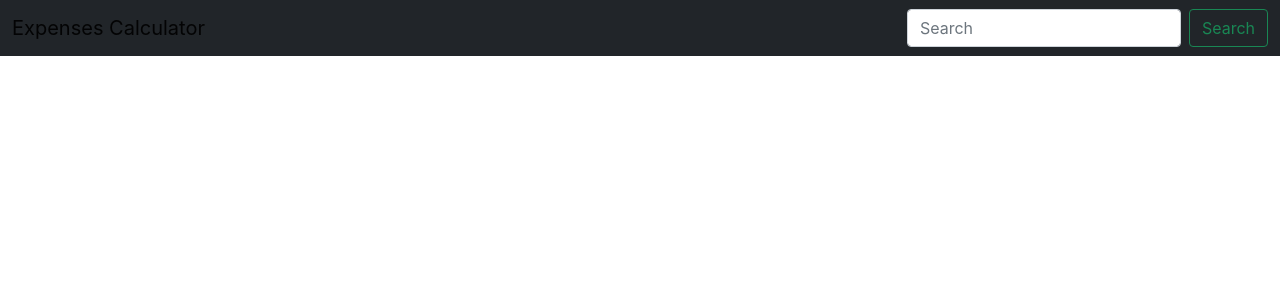
Repository: eidankhan/expenses-calculator
Page: /
An editor plug-in stored every save of this project. The page is shown before and after the next save, followed by the edit.
The browser window is 1280 px wide. The pictures show the whole page.
The project was rebuilt for these pictures with package versions that can differ from the ones it lists, and the page was loaded fresh each time.

Above is the page before, as saved 2021-11-29 15:11:14.

After the next save:
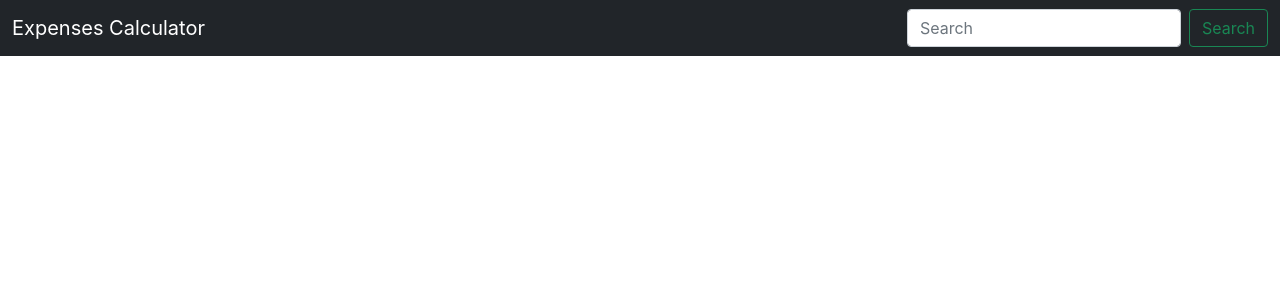
Saved 9 s later.
--- a/src/components/Navbar.js
+++ b/src/components/Navbar.js
@@ -2,7 +2,7 @@ import React from "react";
 
 export const Navbar = () => {
   return (
-    <nav className="navbar navbar-light bg-dark">
+    <nav className="navbar navbar-dark bg-dark">
       <div className="container-fluid">
         <a className="navbar-brand"> Expenses Calculator</a>
         <form className="d-flex">
